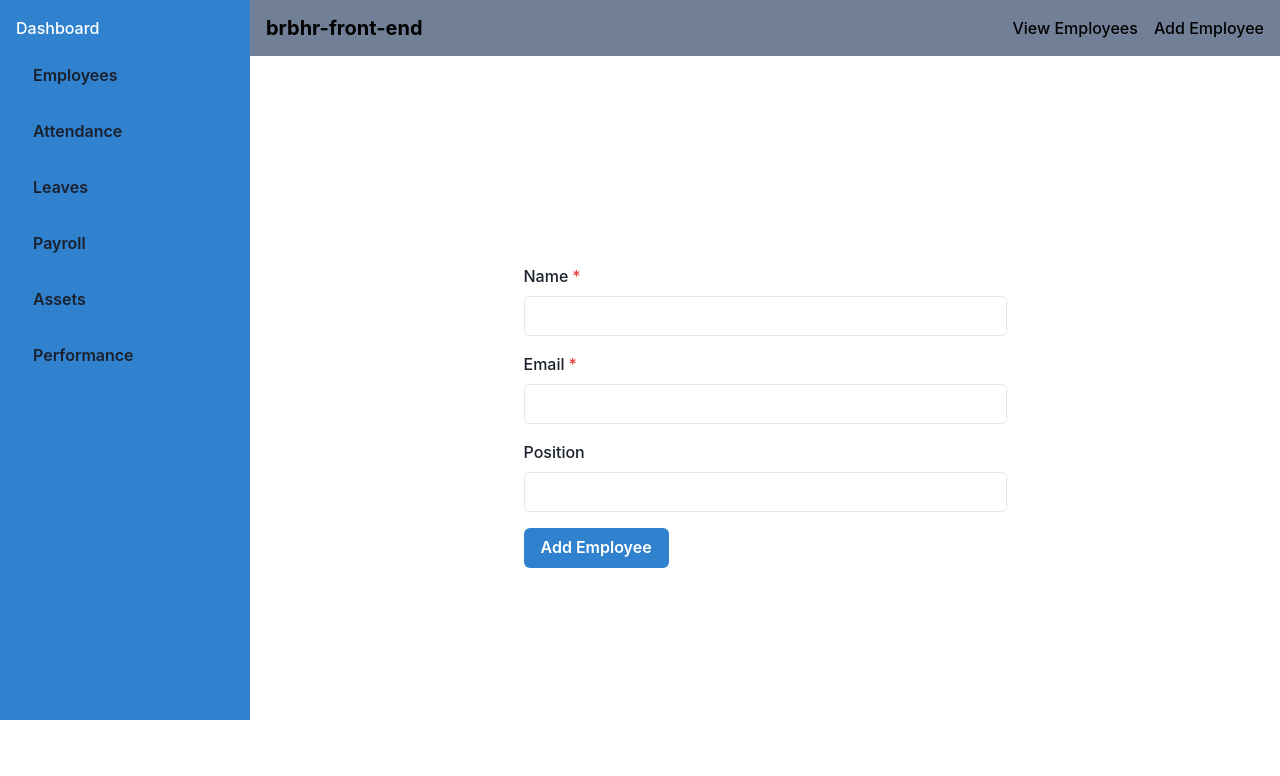
Repository: apipulse/brbhr-frontend
Page: /add-employee
An editor plug-in stored every save of this project. The page is shown before and after the next save, followed by the edit.
The browser window is 1280 px wide. The pictures show the whole page.
The project was rebuilt for these pictures with package versions that can differ from the ones it lists, and the page was loaded fresh each time. Also part of the build but not shown: vite.config.js, src/components/pages/Home.jsx, src/components/employee/EmployeeList.jsx, src/services/LeaveService.js, src/components/employee/LeaveList.jsx, src/components/employee/LeaveForm.jsx.

Above is the page before, as saved 2024-01-19 20:52:26.

### src/App.jsx
import React from 'react';
import { ChakraProvider, Flex } from '@chakra-ui/react';
import { BrowserRouter as Router, Route, Routes } from 'react-router-dom';
import NavBar from './components/layout/NavBar';
import SideBar from './components/layout/SideBar';
import Home from './components/pages/Home';
import EmployeeList from './components/employee/EmployeeList';
import AddEmployee from './components/employee/AddEmployee';
import LeaveList from './components/employee/LeaveList';
import LeaveForm from './components/employee/LeaveForm';

const App = () => {
  return (
    <ChakraProvider>
      <Router>
        <Flex>
          <SideBar />
          <Flex flexDirection="column" width="calc(100vw - 250px)"> {/* Adjust the width */}
            <NavBar />
            <Routes>
              <Route exact path="/" element={<Home />} />
              <Route path="/employees" element={<EmployeeList />} />
              <Route path="/add-employee" element={<AddEmployee />} />
              <Route path="/leaves" element={<LeaveList />} />
              <Route path="/add-leave" element={<LeaveForm />} />
              {/* Add more routes as needed */}
            </Routes>
          </Flex>
        </Flex>
      </Router>
    </ChakraProvider>
  );
};

export default App;

### src/components/layout/NavBar.jsx
import { Box, Flex, Link, Heading, Spacer, useMediaQuery } from '@chakra-ui/react';
import { Link as RouterLink } from 'react-router-dom';

const NavBar = () => {
  const [isLargerThan768] = useMediaQuery('(min-width: 768px)');

  return (
    <Flex
    bg="gray.500"
    p="4"
    color="black"
    width="full" // Adjust to take full width of the parent container
    direction={isLargerThan768 ? 'row' : 'column'}
    align="center"
    justify={isLargerThan768 ? "space-between" : "center"}
  >
      <Box>
        <Heading size="md">brbhr-front-end</Heading>
      </Box>
      <Spacer />
      <Box mt={!isLargerThan768 ? 4 : 0}>
        <Link as={RouterLink} to="/employees" mx="4">View Employees</Link>
        <Link as={RouterLink} to="/add-employee">Add Employee</Link>
        {/* Add more links as needed */}
      </Box>
    </Flex>
  );
};

export default NavBar;

### src/components/layout/SideBar.jsx
import React, { useState } from 'react';
import { Box, Link, VStack, Collapse, Button, useDisclosure } from '@chakra-ui/react';
import { Link as RouterLink } from 'react-router-dom';

const SidebarLinkGroup = ({ title, children }) => {
  const { isOpen, onToggle } = useDisclosure();
  return (
    <Box>
      <Button variant="ghost" onClick={onToggle} width="100%" justifyContent="flex-start">
        {title}
      </Button>
      <Collapse in={isOpen} animateOpacity>
        <VStack spacing={2} align="stretch" pl={4}>
          {children}
        </VStack>
      </Collapse>
    </Box>
  );
};

const Sidebar = () => {
  return (
    <Box bg="blue.500" h="100vh" w="250px" color="white" p="4">
      <VStack spacing={4} align="stretch">
        {/* Dashboard */}
        <Link as={RouterLink} to="/dashboard">Dashboard</Link>

        {/* Employees */}
        <SidebarLinkGroup title="Employees">
          <Link as={RouterLink} to="/employees/list">Employee List</Link>
          <Link as={RouterLink} to="/employees/add">Add Employee</Link>
          {/* Additional Employee-related links */}
        </SidebarLinkGroup>

        {/* Attendance */}
        <SidebarLinkGroup title="Attendance">
          <Link as={RouterLink} to="/attendance/records">Attendance Records</Link>
          <Link as={RouterLink} to="/attendance/report">Attendance Report</Link>
          {/* Additional Attendance-related links */}
        </SidebarLinkGroup>

        {/* Leaves */}
        <SidebarLinkGroup title="Leaves">
          <Link as={RouterLink} to="/leaves/apply">Apply for Leave</Link>
          <Link as={RouterLink} to="/leaves/status">Leave Status</Link>
          {/* Additional Leaves-related links */}
        </SidebarLinkGroup>

        {/* Payroll */}
        <SidebarLinkGroup title="Payroll">
          <Link as={RouterLink} to="/payroll/salary">Salary Details</Link>
          <Link as={RouterLink} to="/payroll/statements">Payroll Statements</Link>
          {/* Additional Payroll-related links */}
        </SidebarLinkGroup>

        {/* Assets */}
        <SidebarLinkGroup title="Assets">
          <Link as={RouterLink} to="/assets/manage">Manage Assets</Link>
          <Link as={RouterLink} to="/assets/assign">Assign Assets</Link>
          {/* Additional Asset-related links */}
        </SidebarLinkGroup>

        {/* Performance (PMS) */}
        <SidebarLinkGroup title="Performance">
          <Link as={RouterLink} to="/performance/reviews">Performance Reviews</Link>
          <Link as={RouterLink} to="/performance/goals">Set Goals</Link>
          {/* Additional Performance-related links */}
        </SidebarLinkGroup>

        {/* Additional main categories as needed */}
      </VStack>
    </Box>
  );
};

export default Sidebar;

### src/components/employee/AddEmployee.jsx
import React, { useState } from 'react';
import { Box, FormControl, FormLabel, Input, Button, Flex, useMediaQuery } from '@chakra-ui/react';
import { createEmployee } from '../../services/EmployeeService';

const AddEmployee = () => {
    const [employee, setEmployee] = useState({
        name: '',
        emailId: '',
        position: '',
        // Add other relevant fields
    });

    const [isLargerThan768] = useMediaQuery('(min-width: 768px)');

    const handleChange = (e) => {
        setEmployee({ ...employee, [e.target.name]: e.target.value });
    };

    const handleSubmit = async (e) => {
        e.preventDefault();
        try {
            const newEmployee = await createEmployee(employee);
            console.log('Employee added:', newEmployee);
            // Additional logic after creation
        } catch (error) {
            console.error('Error creating employee:', error);
            // Error handling logic
        }
    };

    return (
        <Flex align="center" justify="center" minHeight={isLargerThan768 ? "100vh" : "auto"}>
            <Box p={4} width={isLargerThan768 ? "50%" : "90%"}>
                <form onSubmit={handleSubmit}>
                    <FormControl id="name" isRequired>
                        <FormLabel>Name</FormLabel>
                        <Input name="name" type="text" onChange={handleChange} />
                    </FormControl>
                    <FormControl id="email" isRequired mt={4}>
                        <FormLabel>Email</FormLabel>
                        <Input name="emailId" type="email" onChange={handleChange} />
                    </FormControl>
                    <FormControl id="position" mt={4}>
                        <FormLabel>Position</FormLabel>
                        <Input name="position" type="text" onChange={handleChange} />
                    </FormControl>
                    {/* Add other form controls as needed */}
                    <Button mt={4} colorScheme="blue" type="submit">Add Employee</Button>
                </form>
            </Box>
        </Flex>
    );
};

export default AddEmployee;

### src/services/EmployeeService.js
import axios from './axiosInstance';

export const getEmployees = async () => {
    try {
        const response = await axios.get('employees');
        return response.data;
    } catch (error) {
        console.error('Error fetching employees:', error);
        throw error;
    }
};

export const getEmployeeById = async (id) => {
    try {
        const response = await axios.get(`employees/${id}`);
        return response.data;
    } catch (error) {
        console.error('Error fetching employee:', error);
        throw error;
    }
};


export const createEmployee = async (employeeData) => {
    try {
        const response = await axios.post('employees', employeeData);
        return response.data;
    } catch (error) {
        console.error('Error creating employee:', error);
        throw error;
    }
};

export const updateEmployee = async (id, employeeData) => {
    try {
        const response = await axios.put(`employees/${id}`, employeeData);
        return response.data;
    } catch (error) {
        console.error('Error updating employee:', error);
        throw error;
    }
};

export const deleteEmployee = async (id) => {
    try {
        await axios.delete(`employees/${id}`);
    } catch (error) {
        console.error('Error deleting employee:', error);
        throw error;
    }
};

### src/services/axiosInstance.js
import axios from 'axios';

const axiosInstance = axios.create({
    baseURL: 'http://localhost:8080/api/', // Update with your actual API URL
    // You can add more default settings here
});

export default axiosInstance;

Loaded but not shown: index.html (common file); src/main.jsx (common file); src/index.css (common file)

After the next save:
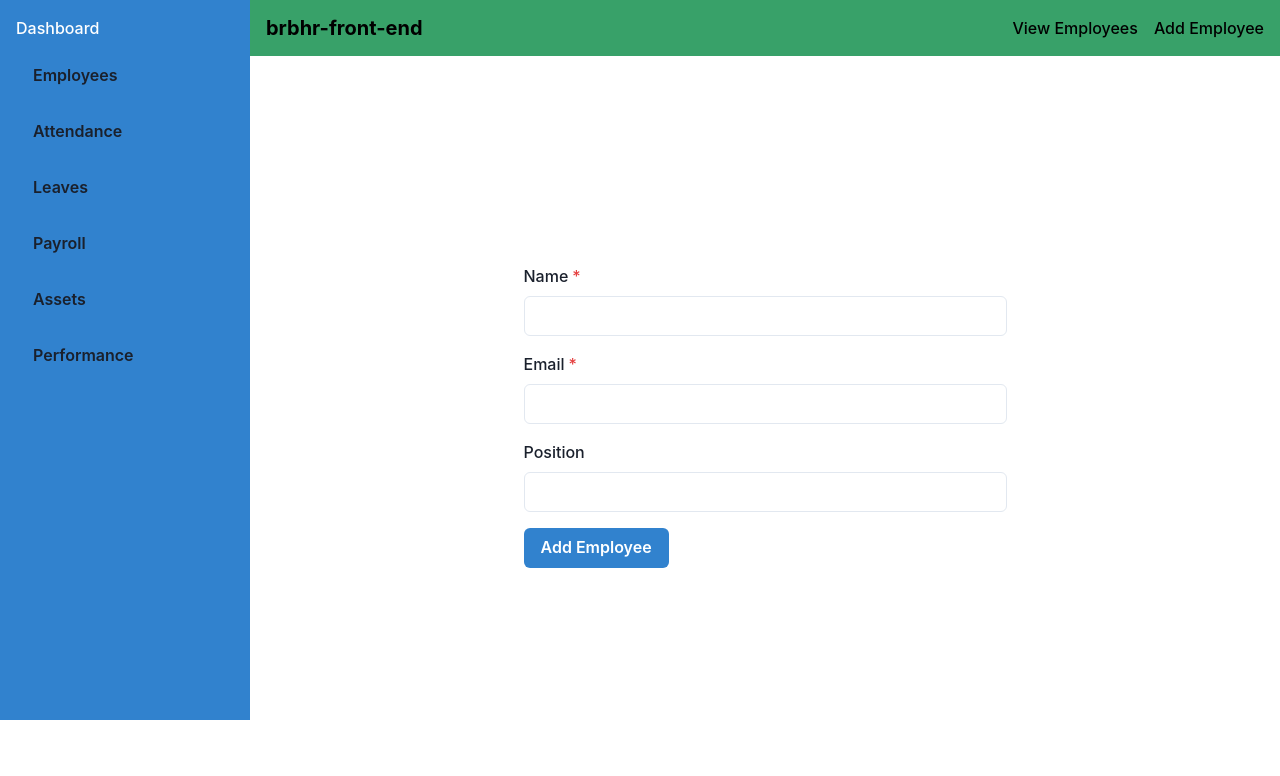
Saved 19 s later.
--- a/src/components/layout/NavBar.jsx
+++ b/src/components/layout/NavBar.jsx
@@ -6,7 +6,7 @@ const NavBar = () => {
 
   return (
     <Flex
-    bg="gray.500"
+    bg="green.500"
     p="4"
     color="black"
     width="full" // Adjust to take full width of the parent container
